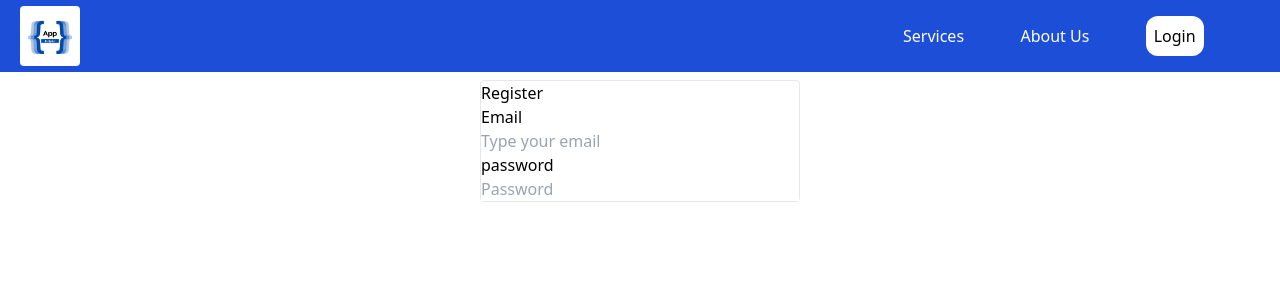
Repository: Cotizacionact/appscriptersvelte
Page: /Auth
These files come from the project's save history. The page is drawn as it stood at one moment and after the next save; the edit follows.
The browser window is 1280 px wide. The pictures show the whole page.
The page's requests for data from a server got no answer. The project was rebuilt for these pictures with package versions that can differ from the ones it lists, and the page was loaded fresh each time. The framework's server and built-in components were replaced by stand-ins that run in the browser. No one was signed in, and anything a server would have sent is missing. Also part of the build but not shown: svelte.config.js, vite.config.ts.

Above is the page before, as saved 2023-08-20 02:11:17.

### src/routes/+layout.svelte
<script>
	import PublicNav from "$lib/Public/Navegation/PublicNav.svelte";
    import "../app.css";
</script>
<PublicNav></PublicNav>
  <slot />

### src/routes/Auth/+page.svelte
<script lang="ts">
	import Register from "./register.svelte";
    import type {Component} from "$lib"

    let state:number = 0

    let StateHandler:{[key:number]:Component} = {
        0:Register
    }
</script>

<svelte:component this={StateHandler[state]}></svelte:component>

### src/routes/Auth/+page.server.ts
import { supabase } from "../../supabaseClient";
import { fail, redirect, type Actions } from "@sveltejs/kit";
import { AuthApiError } from "@supabase/supabase-js";




export const actions: Actions = {
    register:async ({request,locals})=>{
        const body = Object.fromEntries(await request.formData())
        const {data,error:err} = await supabase.auth.signUp({
            email:body.email as string,
            password:body.password as string
        })

        if(err){
            if(err instanceof AuthApiError && err.status === 400){
                return fail(400,{
                    error:"Invalid email or password"
                })
            }
            return fail(500, {error:"Server error. Please try again later."})
        }
        throw redirect(303, "/Private")
    }
};

### src/lib/Public/Navegation/PublicNav.svelte
<script>
    let show = false

</script>

<header class="w-full flex items-center justify-between bg-[#1d4ed8] p-5 h-[10vh]">
    <img src="/Images/Logo_Original.png" width={60} class="rounded bg-white p-2" alt="Logo"/>
    <div class=" hidden sm:flex w-1/3 justify-evenly text-white items-center">
        <p>Services</p>
        <p>About Us</p>
        <p class="bg-white text-black p-2 rounded-xl">Login</p>
    </div>
    <div class="space-y-2 border p-2 rounded sm:hidden">
      <div class="w-8 h-1 bg-white"></div>
      <div class="w-8 h-1 bg-white"></div>
      <div class="w-8 h-1 bg-white"></div>
    </div>
    {#if show=== true}
    <div class="absolute w-1/3 bg-white border right-0 bottom-[-100%] rounded p-2">
      <p class="border-b text-center hover:bg-gray-200 hover:rounded">Services</p>
      <p class="border-b text-center hover:bg-gray-200 hover:rounded">About Us</p>
      <p class="text-center bg-green-500 hover:bg-green-700 rounded font-bold text-white">Login</p>
    </div>
   {/if}
</header>

### src/routes/Auth/register.svelte
<script lang="ts">

</script>

<main class="flex justify-center">
    <form action="?/register" method="POST" class="flex flex-col md:w-1/4 border rounded my-2">
        <h1>Register</h1>
        <label for="email">Email</label>
        <input type="text" name="email" id="email" placeholder="Type your email"/>
        <label for="password">password</label>
        <input type="password" name="password" id="password" placeholder="Password"/>
    </form>
</main>

### src/supabaseClient.ts

import { PUBLIC_SUPABASE_ANON_KEY, PUBLIC_SUPABASE_URL } from '$env/static/public'
import { createClient } from '@supabase/supabase-js'

// Create a single supabase client for interacting with your database
export const supabase = createClient(PUBLIC_SUPABASE_URL, PUBLIC_SUPABASE_ANON_KEY)

Loaded but not shown: src/app.html (common file); src/app.css (common file); tailwind.config.js (common file)

After the next save:
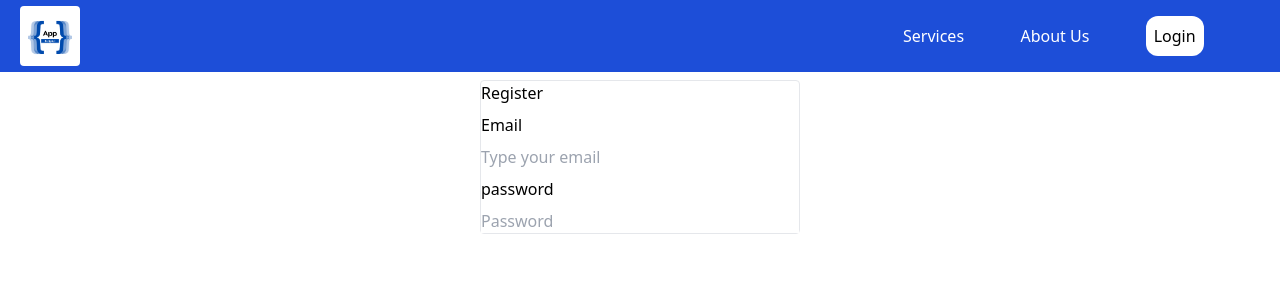
Saved 6 s later.
--- a/src/routes/Auth/register.svelte
+++ b/src/routes/Auth/register.svelte
@@ -3,7 +3,7 @@
 </script>
 
 <main class="flex justify-center">
-    <form action="?/register" method="POST" class="flex flex-col md:w-1/4 border rounded my-2">
+    <form action="?/register" method="POST" class="flex flex-col md:w-1/4 border rounded my-2 space-y-2">
         <h1>Register</h1>
         <label for="email">Email</label>
         <input type="text" name="email" id="email" placeholder="Type your email"/>
